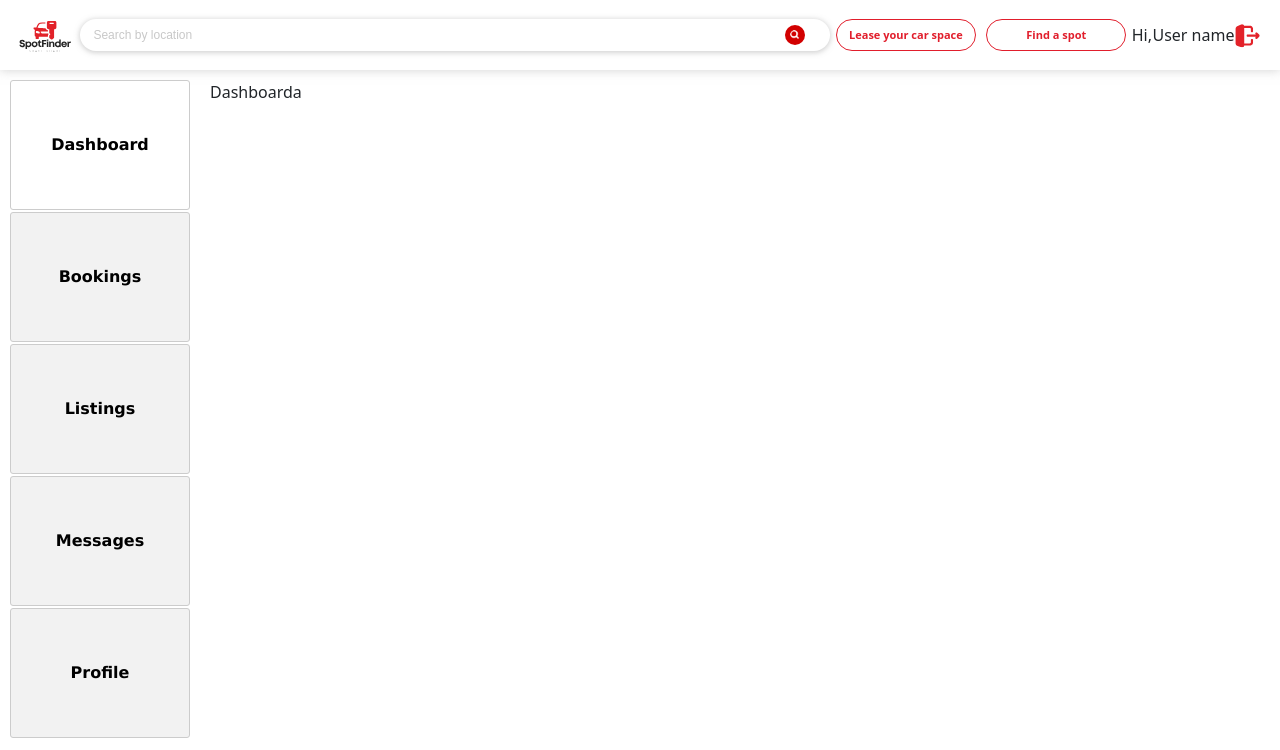
Repository: UNSWSpotFinder/SpotFinder
Page: /dashboard (app in frontend/)
An editor plug-in stored every save of this project. The page is shown before and after the next save, followed by the edit.
The browser window is 1280 px wide. The pictures show the whole page.
The project was rebuilt for these pictures with package versions that can differ from the ones it lists, and the page was loaded fresh each time. Also part of the build but not shown: frontend/src/Login.css, frontend/src/Login.jsx, frontend/src/Regist.css, frontend/src/Regist.jsx, frontend/src/HomePage.jsx, frontend/src/App.css, frontend/src/components/Bookings.jsx, frontend/src/components/Listings.jsx and 2 more.

Above is the page before, as saved 2024-03-09 20:55:54.

After the next save:
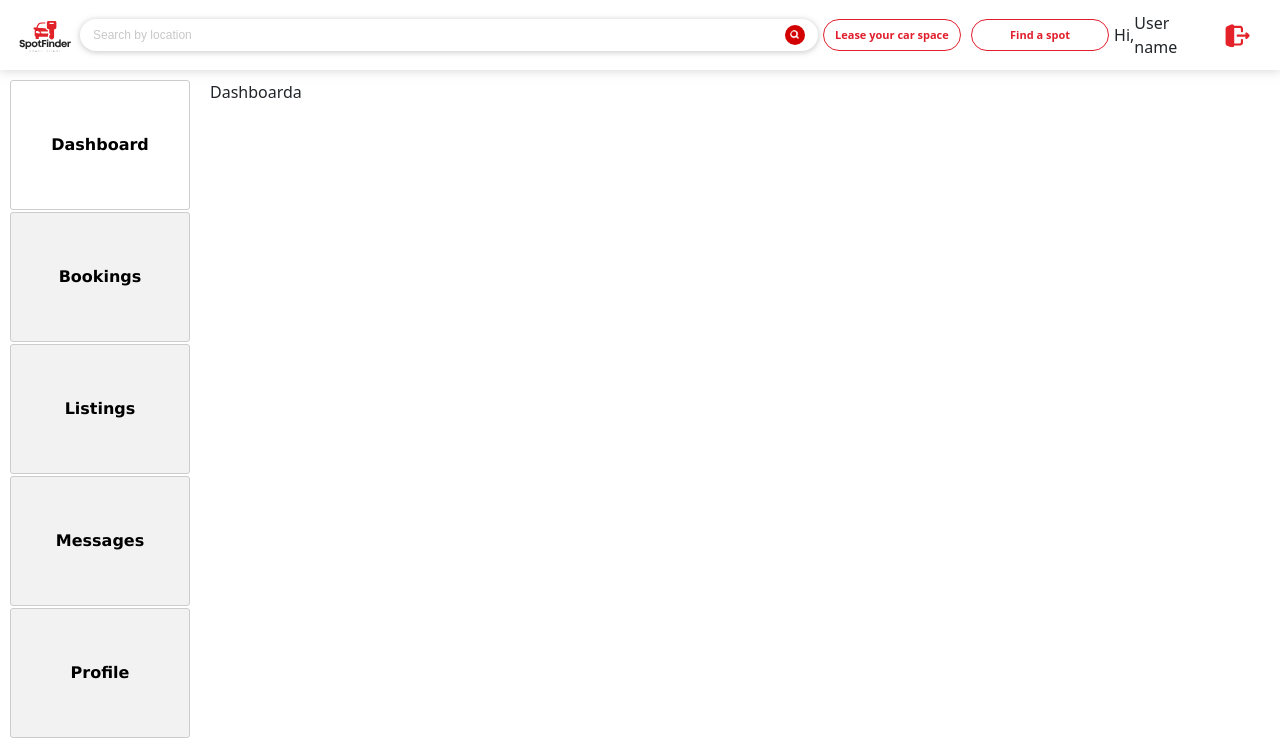
Saved 5 s later.
--- a/frontend/src/components/DashboardTop.css
+++ b/frontend/src/components/DashboardTop.css
@@ -40,7 +40,7 @@
     background: none; /* 无背景 */
     border: none; /* 无边框 */
     padding: 0; /* 无内边距 */
-    margin: ;
+    margin: 0 10px;
   }
 
 /* TODO: */
